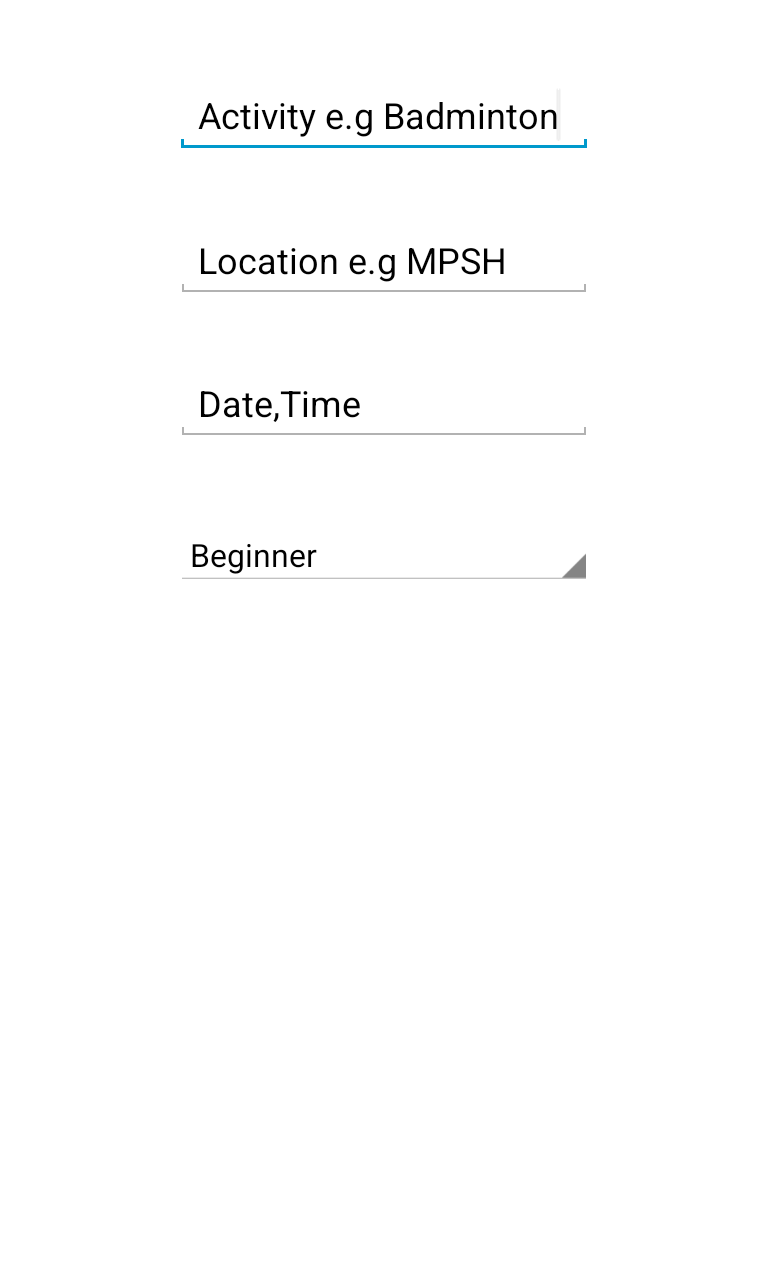
Repository: srikraj8341/srikanthrepo
Layout: android/MyFirstApp/res/layout/activity_initiate.xml
The author's editor kept a copy of each file at every save. The layout is drawn from the files as they stood at one save, then again after the next save.
It is drawn on a 768 x 1280 px phone screen (xhdpi) without system bars, with theme AppTheme; the app's code is not run.

Above is the layout before, as saved 2012-09-22 23:21:07.

After the next save:
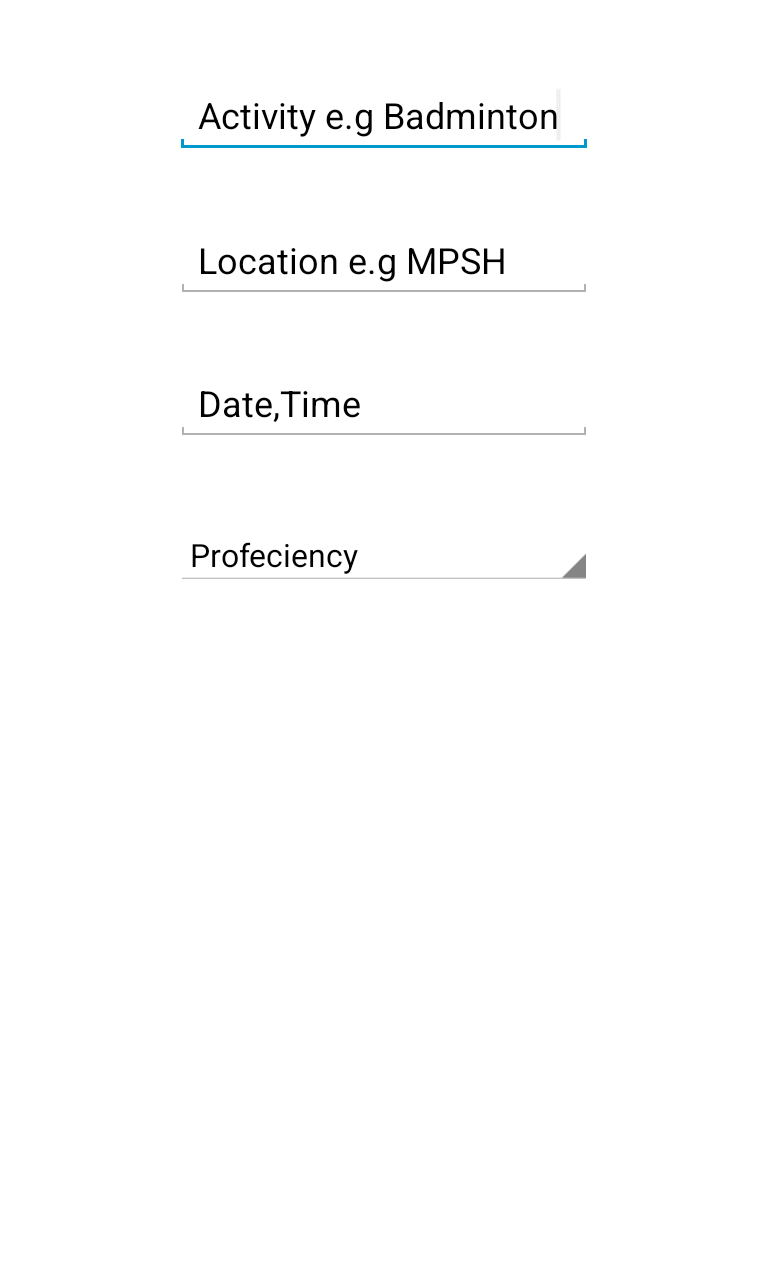
Saved 3 min 32 s later.
--- a/android/MyFirstApp/res/values/strings.xml
+++ b/android/MyFirstApp/res/values/strings.xml
@@ -28,6 +28,7 @@
     <string name="Date">Date,Time</string>
     <string name="Profecieny_prompt">Profeciency</string>
     <string-array name = "Profeciency_array">
+         <item>Profeciency</item>
          <item>Beginner</item>
          <item>Intermediate</item>
          <item>Professional</item>
